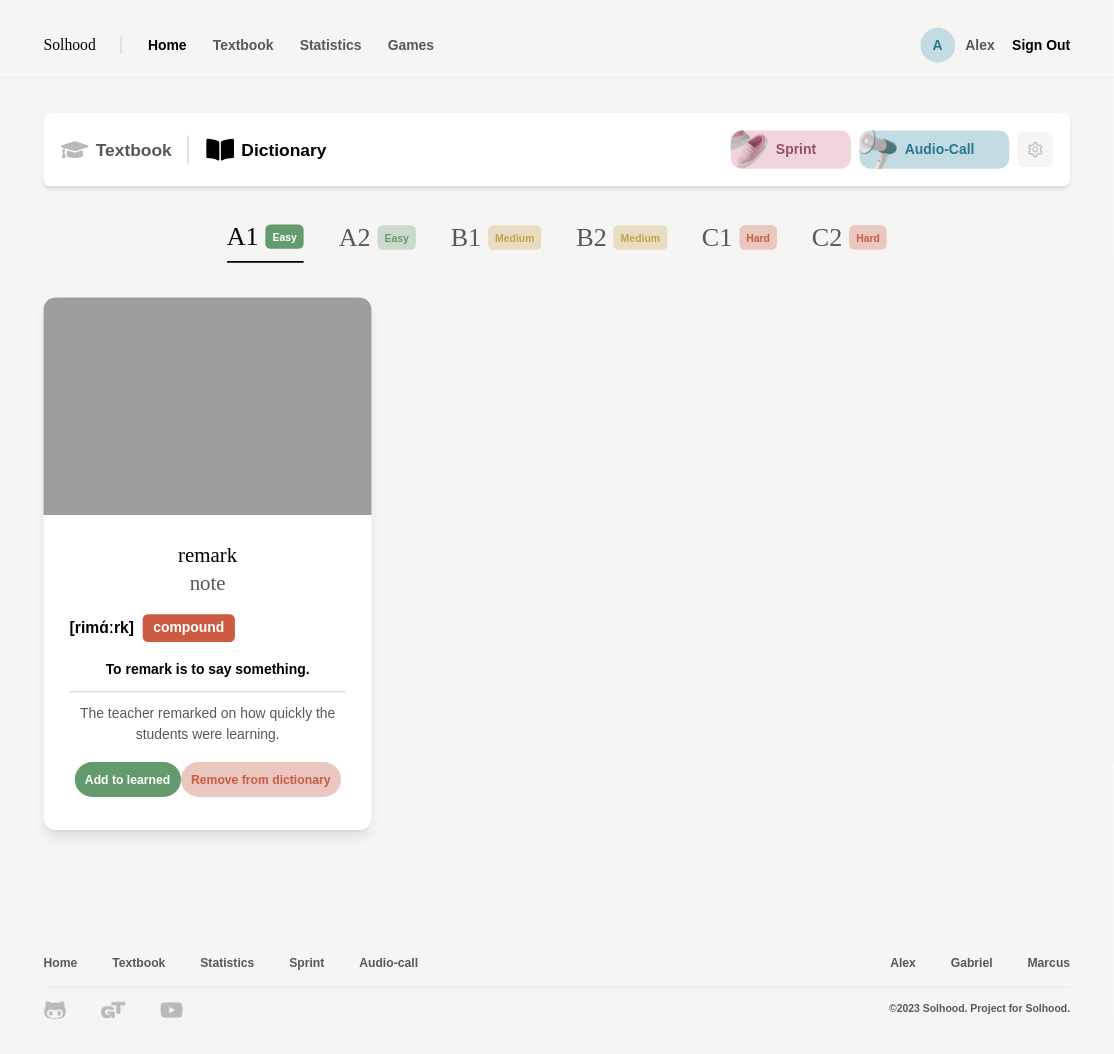
Repository: haudnn/solhood
Page: /textbook
These files come from the project's save history. The page is drawn as it stood at one moment and after the next save; the edit follows.
The browser window is 1280 px wide. The pictures show the whole page, at 87% of full size.
Pictures or frames that could not be fetched are drawn as grey boxes. The project was rebuilt for these pictures with package versions that can differ from the ones it lists, and the page was loaded fresh each time. Also part of the build but not shown: src/pages/Home.tsx, src/pages/sprint/Sprint.tsx, src/pages/sprint/Game.tsx, src/pages/sprint/Result.tsx, src/pages/audio/Audio.tsx, src/pages/audio/Game.tsx, src/pages/audio/Result.tsx.

Above is the page before, as saved 2023-01-06 16:28:22.

After the next save:
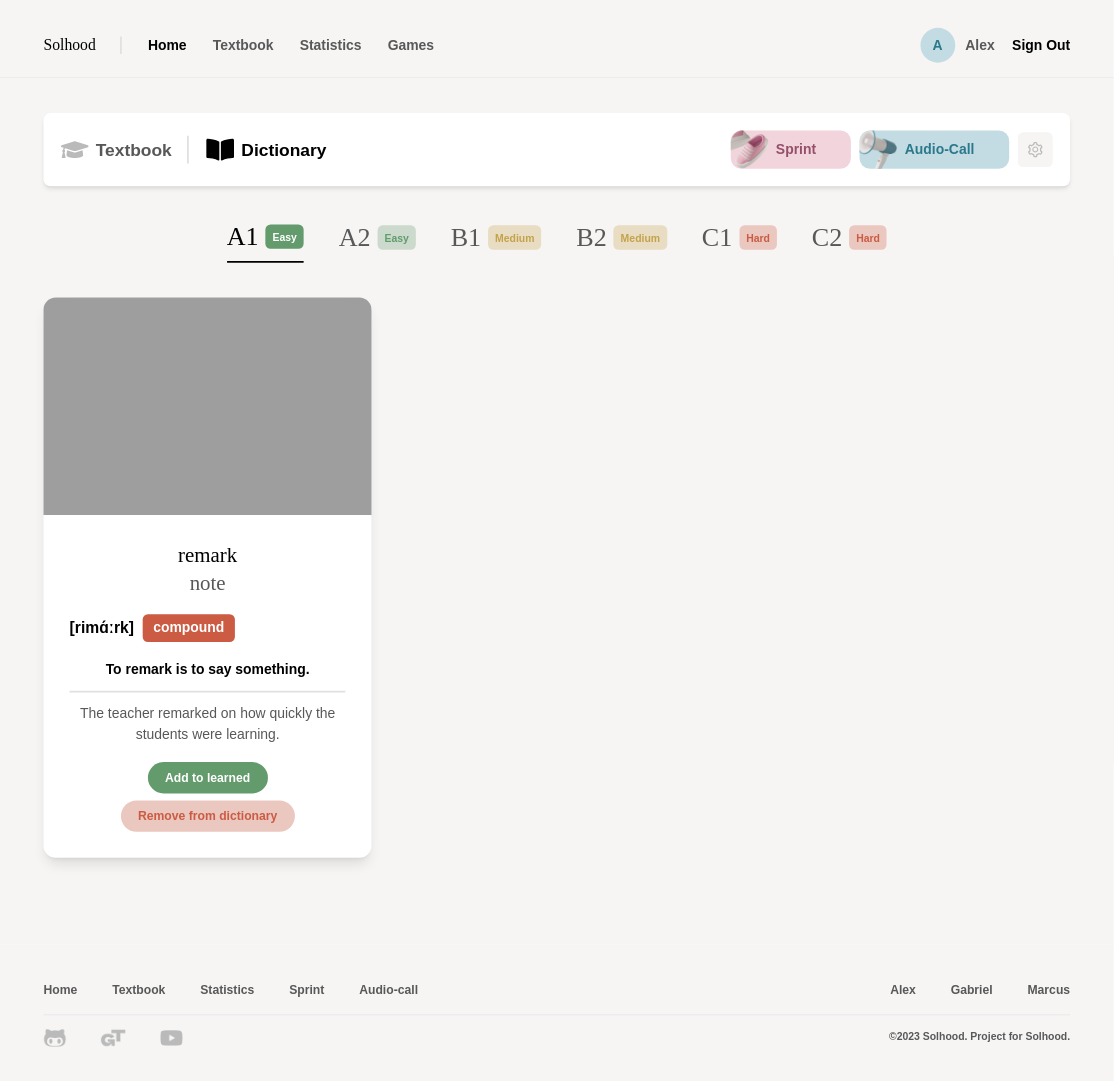
Saved 34 s later.
--- a/src/pages/textbook/TextBook.tsx
+++ b/src/pages/textbook/TextBook.tsx
@@ -211,12 +211,12 @@ const TextBook = () => {
                       </p>
                     </div>
                     <div>
-                      <button className="py-2 px-3 rounded-[100px] bg-greendesign inline-block mb-2">
+                      <button className="py-[6px] px-5 rounded-[100px] bg-greendesign inline-block mb-2">
                         <span className="text-sm font-semibold text-white">
                           Add to learned
                         </span>
                       </button>
-                      <button className="py-2 px-3 rounded-[100px] bg-secondorangedesign">
+                      <button className="py-[6px] px-5 rounded-[100px] bg-secondorangedesign">
                         <span className="text-sm font-semibold text-orangedesign">
                           Remove from dictionary
                         </span>
